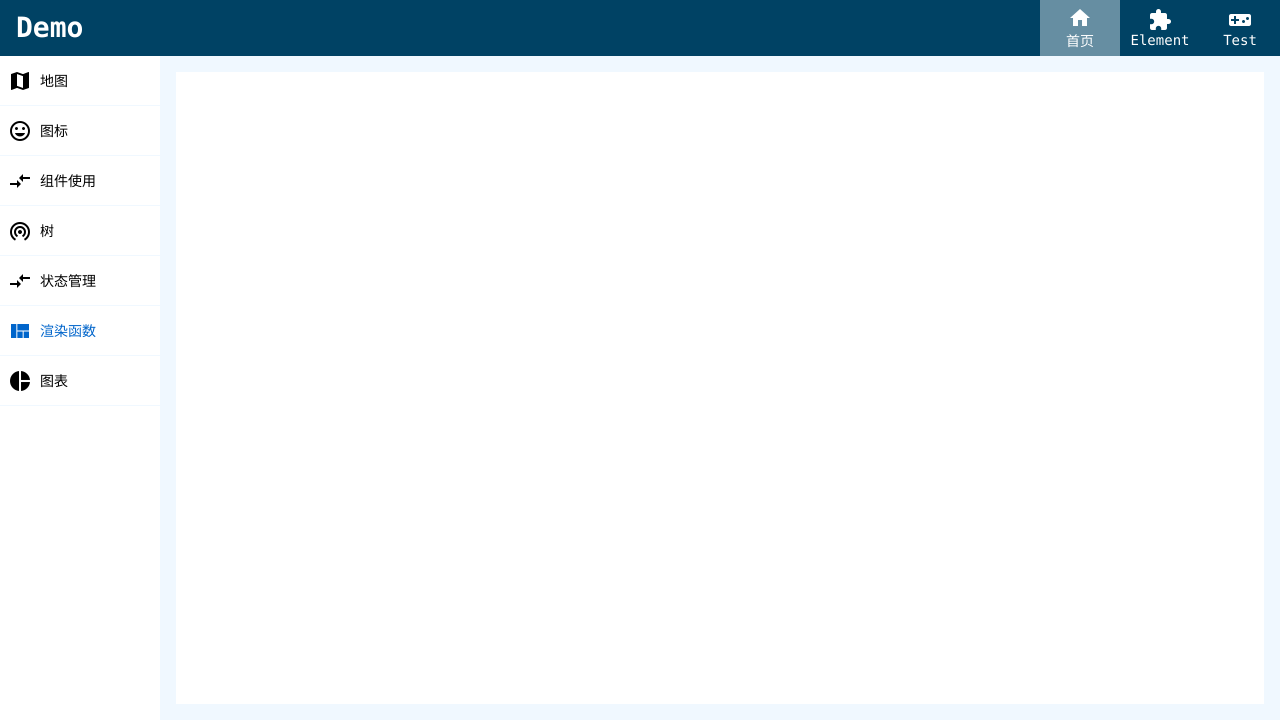
Repository: zh-webliker/element-vue
Page: /Main/Deliver
An editor plug-in stored every save of this project. The page is shown before and after the next save, followed by the edit.
The browser window is 1280 px wide. The pictures show the whole page.
The project was rebuilt for these pictures with package versions that can differ from the ones it lists, and the page was loaded fresh each time. Also part of the build but not shown: vue.config.js. Imported but missing from the stored project, and not drawn on this page: src/json/contour, src/json/hl.

Above is the page before, as saved 2020-08-24 10:52:59.

After the next save:
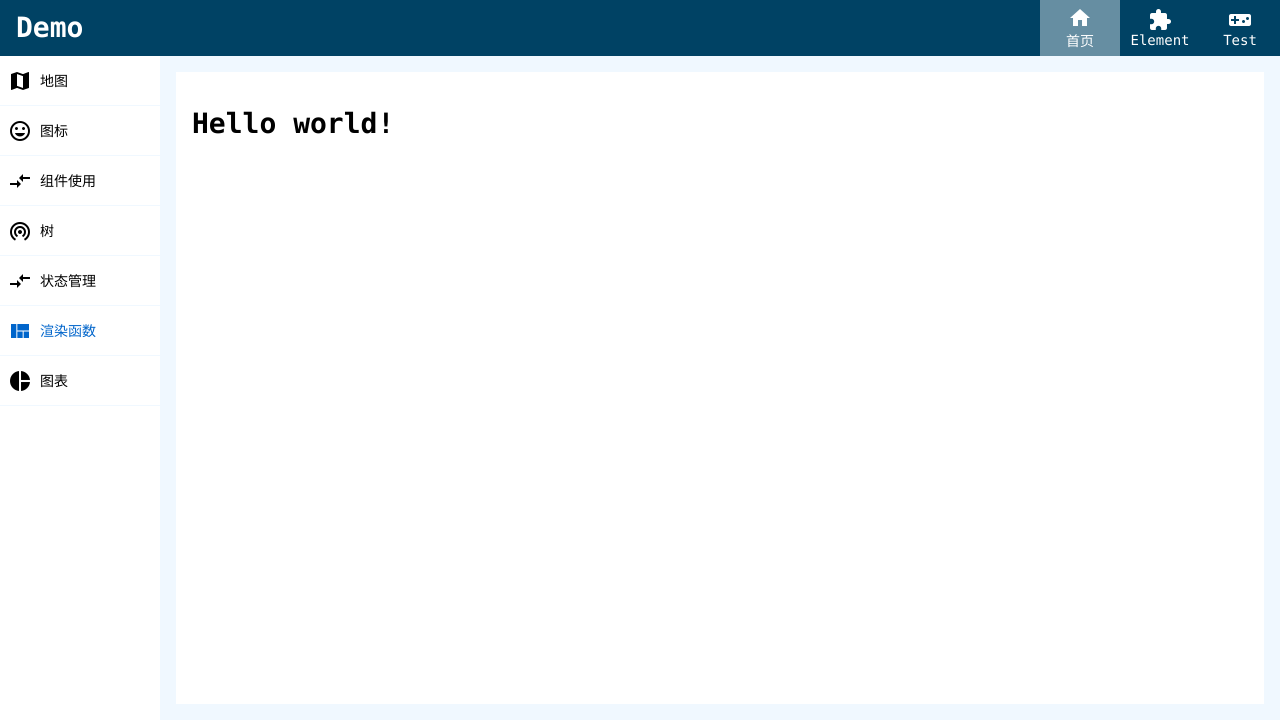
Saved 8 min 17 s later.
--- a/src/views/main/Deliver.vue
+++ b/src/views/main/Deliver.vue
@@ -1,5 +1,10 @@
 <template>
   <div>
+    <h1>
+      <a name="hello-world" href="#hello-world">
+        Hello world!
+      </a>
+    </h1>
   </div>
 </template>
 
